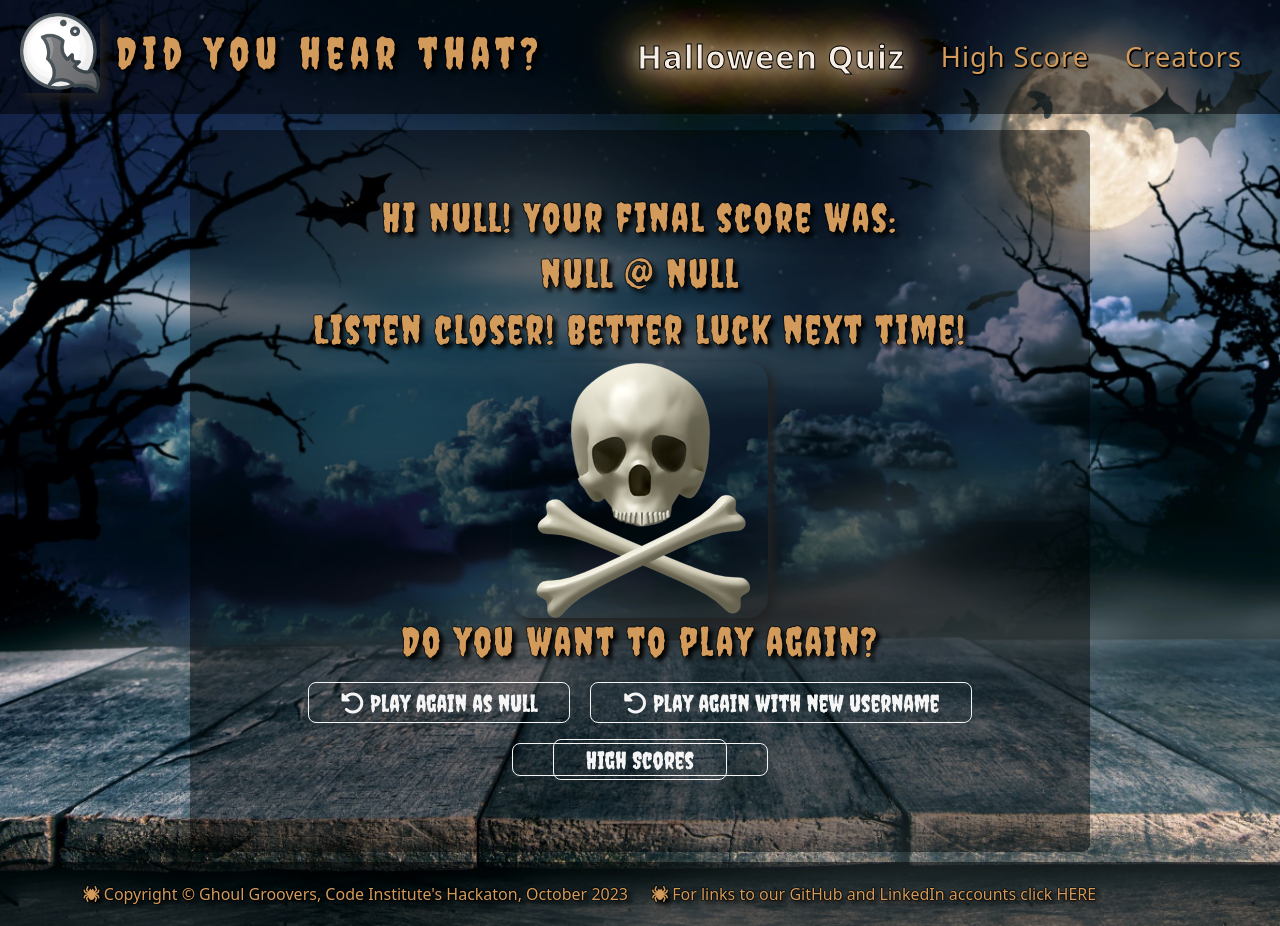
Repository: KTC96/Didyouhearthat
Page: end_game.html
These files come from the project's save history. The page is drawn as it stood at one moment and after the next save; the edit follows.
The browser window is 1280 px wide. The pictures show the whole page.
Some web libraries are served in a nearby version.

Above is the page before, as saved 2023-10-23 12:06:09.
Console error: TypeError: Cannot read properties of null (reading 'addEventListener')

### end_game.html
<!DOCTYPE html>
<html lang="en">
<head>
    <meta charset="UTF-8">
    <meta http-equiv="X-UA-Compatible" content="IE=edge">
    <meta name="viewport" content="width=device-width, initial-scale=1.0">
    <meta name="description" content="A quiz app involving scary halloween sounds">
    <meta name="keywords" content="quiz, test, halloween, sounds, scary, interactive">
    <!-- css stylesheet-->
    <link rel="stylesheet" href="assets/css/style.css">
    <!-- fontawesome -->
    <script src="https://kit.fontawesome.com/64b9a22ea9.js" crossorigin="anonymous"></script>
    <!-- Google fonts -->
    <link rel="preconnect" href="https://fonts.googleapis.com">
        <link rel="preconnect" href="https://fonts.gstatic.com" crossorigin>
        <link href="https://fonts.googleapis.com/css2?family=Creepster&family=Crimson+Text:ital,wght@0,400;0,600;0,700;1,400;1,600;1,700&display=swap" rel="stylesheet">
    <!-- Bootstrap CSS CDN-->
    <link href="https://cdn.jsdelivr.net/npm/bootstrap@5.3.2/dist/css/bootstrap.min.css" rel="stylesheet"
        integrity="sha384-T3c6CoIi6uLrA9TneNEoa7RxnatzjcDSCmG1MXxSR1GAsXEV/Dwwykc2MPK8M2HN" crossorigin="anonymous">
    <link rel="shortcut icon" type="image/x-icon" href="assets/images/holyday-halloween-bat-night-spooky-moon_108300.png">
    <title>Did you hear that? Halloween Sounds Quiz</title>
    <!-- <script src="haunt_your_website/ghost.js"></script> -->
</head>
<body>
    <!-- <body onload="ghost_init(false);"> -->

    <header>
        <nav class="navbar navbar-expand-lg navbar-dark">
                <a class="navbar-brand" href="index.html" aria-label="Home Page">
                    <h1 class="logo"><img src="assets/images/holyday-halloween-bat-night-spooky-moon_108300.png" alt="logo"> Did you hear that?</h1>
                </a>

                <button class="navbar-toggler" type="button" data-bs-toggle="collapse" data-bs-target="#navbarTogglerDemo02" aria-controls="navbarTogglerDemo02" aria-expanded="false" aria-label="Toggle navigation">
                <span class="navbar-toggler-icon"></span>
                </button>

                <div class="collapse navbar-collapse" id="navbarTogglerDemo02">
                    <ul class="navbar-nav" id="menu">
                        <li class="navbar-item">
                            <a class="nav-link active" aria-current="page" aria-label="Halloween Quiz (home page)" href="index.html">Halloween Quiz</a>
                        </li>
                        <li class="navbar-item">
                            <a class="nav-link" href="highscore.html" aria-label="High Score (opens a new page)">High Score</a>
                        </li>
                        <li class="navbar-item">
                            <a class="nav-link" href="creators.html" aria-label="Creators (opens a new page)">Creators</a>
                        </li>
                    </ul>
                </div>
        </nav>
    </header>

    <main>
    <!-- <section> displaying the final score, an message, an image and two button to start the game over -->
    <section class="opaque">
        <div class="final-score-area">
            <h3><span id="final-score-user">0</span></h3>
            <h3><span id="final-score">0</span></h3>
            <h3 id="final-message">0</h3>
            <img src="assets/images/skull_and_bones_halloween_23219.png" alt="Ghosts">
        </div>

        <h3 class="play-again">Do you want to play again?</h3>
        <a href="index.html" id="play-again-same-user" class="btn_spook" >0</a>
        <button type="submit" id="play-again-btn" class="btn_spook"><i class="fa-solid fa-rotate-left"></i> Play again with new username</button>
        <a href="highscore.html" class="btn_spook"><button class="btn_spook">High Scores</button></a>
    </section>
    </main>

<!-- Footer -->
<footer class="container-fluid">
    <div class="row">
        <div class="col-12 col-md-6 text-center text-md-end">
            <i class="fa-solid fa-spider"></i> Copyright © Ghoul Groovers, Code Institute's Hackaton, October 2023</a>
        </div>
        <div class="col-12 col-md-6 text-center text-md-start">
            <i class="fa-solid fa-spider"></i> For links to our GitHub and LinkedIn accounts click <a href="creators.html" class="int-link" aria-label="It opens Creators page">HERE</a>
        </div>
    </div>
</footer>

    <script src="./assets/js/questions.js"></script>
    <script src="./assets/js/script.js"></script>
    <script src="./assets/js/end.js"></script>

    <noscript>Sorry your browser does not support JavaScript!</noscript>
    <!-- Bootstrap JS CDN -->
    <script src="https://cdn.jsdelivr.net/npm/bootstrap@5.3.2/dist/js/bootstrap.bundle.min.js"
    integrity="sha384-C6RzsynM9kWDrMNeT87bh95OGNyZPhcTNXj1NW7RuBCsyN/o0jlpcV8Qyq46cDfL"
    crossorigin="anonymous"></script>

</body>

</html>

### assets/css/style.css
/* reset default settings */

* {
    margin: 0;
    padding: 0;
    border: 0;
}

body {
    margin: 0;
    min-height: 100vh;
    background-image: url(../images/Shutterstock_halloween.webp);
    background-size: cover;
    background-position: top;
    background-repeat: no-repeat;
    background-color: #000000;
    color: white;
    font-family: 'Crimson Text', serif;
    font-weight: 400;
    display: flex;
    flex-direction: column;
}

main {
    flex: 1 0 auto;
    display: flex;
    align-items: center;
    justify-content: center;
}

header {
    background-color: #00000080;
}

/* Logo */

.logo {
    margin-left: 20px;
    color: #d39b5b;
    font-family: 'Creepster', sans-serif;
    text-shadow: #000 4px 4px 4px, #000 0px 0px 1px, #000 0px 0px 1px, #000 0px 0px 1px, #000 0px 0px 1px, #000 0px 0px 1px, #000 0px 0px 1px;
    -webkit-font-smoothing: antialiased;
    letter-spacing: 6px;
    font-weight: 500;
    font-size: 220%;
}

.logo img {
    height: 80px;
    border-radius: 0;
}

/* Navbar */

#menu {
    line-height: 90%;
}

#menu ul {
    list-style-type: none;
    color: #d39b5b;
}

#menu li {
    padding: 0 15px;
    font-size: 200%;
    font-weight: 400;
    letter-spacing: 2px;
}

#menu a {
    text-decoration: none;
    color: #d39b5b;
    text-shadow: #000 1px 1px 1px, #000 1px 1px 1px, #000 1px 1px 1px, #000 1px 1px 1px, #000 1px 1px 1px, #000 1px 1px 1px, #000 1px 1px 1px;
    -webkit-font-smoothing: antialiased;
}

#menu li:hover {
    font-size: 110%;
    font-weight: 700;
}

/* Code for neon text taken from css-tricks.com and edited slightly to fit the project's needs */
#menu .active {
    font-size: 120%;
    font-weight: 700;
    color: #f8eee4;
    -webkit-text-stroke-width: 1px;
    -webkit-text-stroke-color: black;
    text-shadow:
        0 0 20px #f2e2d0,
        0 0 40px #d39b5b,
        0 0 50px #d39b5b,
        0 0 60px #d39b5b,
        0 0 70px #d39b5b,
        0 0 80px #d39b5b;
}

.navbar-collapse {
    display: flex;
    flex-direction: row-reverse;
    margin-right: 20px;
    text-align: right;
}

.navbar-toggler {
    margin: 5px;
}

.video {
    position: fixed;
    top: 0;
    left: 0;
    width: 100%;
    height: 100%;
    object-fit: contain;
    z-index: 9999;
    background-color: rgba(0, 0, 0, 1);
    display: none;

}

.video.playing {
    display: block;

}

/* Styling of the central container for game content */

.opaque {
    margin: 1rem auto;
    background-color: #00000070;
    color: #aab4bd;
    text-shadow: #000 4px 4px 4px, #000 0px 0px 1px, #000 0px 0px 1px, #000 0px 0px 1px, #000 0px 0px 1px, #000 0px 0px 1px, #000 0px 0px 1px;
    -webkit-font-smoothing: antialiased;
    margin-bottom: 10px;
    padding: 4rem;
    border-radius: 0.5rem;
    text-align: center;
    align-items: center;
    width: 900px;
}

.opaque h2 {
    font-family: 'Creepster', Sans-serif;
    letter-spacing: 2px;
    font-size: 340%;
}

.opaque h3, h1 {
    font-family: 'Creepster', Sans-serif;
    letter-spacing: 2px;
    color: #d39b5b;
    font-size: 250%;
}

/* Styling the username and rules area */

#username-area input {
    padding: 0.2rem;
    margin: 0.3rem;
    background-color: whitesmoke;
    border: 1px solid black;
    border-radius: 0.5rem;
    font-size: 1.2rem;
}

#username-area label {
    color: whitesmoke;
    text-shadow: #000 4px 4px 4px, #000 0px 0px 1px, #000 0px 0px 1px, #000 0px 0px 1px, #000 0px 0px 1px, #000 0px 0px 1px, #000 0px 0px 1px;
    -webkit-font-smoothing: antialiased;
    margin: 0.3rem;
    font-size: 1.6rem;
}

#usernameError {
    display: none;
    padding: 0.3rem;
    font-size: 1.2rem;
    font-weight: 400;
    color: rgb(246, 0, 0);
}

#usernameError.visible {
    display: block;
}

#instructions {
    font-size: 1.rem;
    font-weight: 500;
    list-style-type: disc;
    text-align: left;
    padding-left: 2rem;
    text-shadow: #000 4px 4px 4px, #000 0px 0px 1px, #000 0px 0px 1px, #000 0px 0px 1px, #000 0px 0px 1px, #000 0px 0px 1px, #000 0px 0px 1px;
    -webkit-font-smoothing: antialiased;
}

#instructions li {
    font-size: 130%;
    list-style: none;
}

/* Styling for the game level choice area */

audio {
    margin: 10px 0;
}

audio::-webkit-media-controls-panel {
    background-color: #809aac;
}

#levelchoice-area li:hover {
    font-size: 110%;
    font-weight: 700;
    color: #f8eee4;
    -webkit-text-stroke-width: 1px;
    -webkit-text-stroke-color: black;
    text-shadow:
        0 0 20px #f2e2d0,
        0 0 40px #d39b5b,
        0 0 50px #d39b5b,
        0 0 60px #d39b5b,
        0 0 70px #d39b5b,
        0 0 80px #d39b5b;
    cursor: pointer;
}

#quiz-area li:hover {
    font-size: 110%;
    font-weight: 700;
    color: #f8eee4;
    -webkit-text-stroke-width: 1px;
    -webkit-text-stroke-color: black;
    text-shadow:
        0 0 20px #f2e2d0,
        0 0 40px #d39b5b,
        0 0 50px #d39b5b,
        0 0 60px #d39b5b,
        0 0 70px #d39b5b,
        0 0 80px #d39b5b;
    cursor: pointer;
}

#question-levels {
    margin-top: 30px;
    align-items: center;
}

#levelchoice-area {
    font-size: 1.2rem;
    display: none;
}

#levelchoice-area li {
    padding: 0.5rem;
    margin: 0.3rem;
    text-align: center;
    background-color: black;
    border: 1px solid black;
    border-radius: 0.5rem;
}

/* Styling for central quiz area */

#game-area {
    display: none;
}

#quiz-area {
    font-size: 1.2rem;
}

ul {
    list-style-type: none;
    padding: 0;
}

#quiz-area li {
    padding: 0.5rem;
    margin: 0.3rem;
    text-align: center;
    background-color: black;
    border: 1px solid black;
    border-radius: 0.5rem;
}

#question-counter {
    padding: 0.5rem;
    font-size: 1.3rem;
    font-weight: 500;
}

#score-area {
    padding: 0.5rem;
    font-size: 1.6rem;
    font-weight: 700;
}

.correct {
    color: rgb(7, 136, 7);
}

.wrong {
    color: rgb(246, 0, 0);
}

#correct-counter {
    margin-right: 2rem;
    margin-left: 2rem;
}

#wrong-counter {
    margin-left: 2rem;
}

/* Styling of the Creators page */

.social_list {
    display: flex;
    justify-content: center;
    align-items: center;
}

.social_list ul {
    margin-bottom: 10px;
}

.social_list li {
    font-size: 120%;
    line-height: 180%;
}

.social_list a {
    padding: 5px;
    color: #557596;
}

.social_list a:hover {
    color: #87a0ba;
}

.creators {
    display: flex;
    flex-direction: column;
}

.intro {
    margin: 1rem;
    background-color: #00000095;
    color: #ffffff;
    text-shadow: #000 4px 4px 4px, #000 0px 0px 1px, #000 0px 0px 1px, #000 0px 0px 1px, #000 0px 0px 1px, #000 0px 0px 1px, #000 0px 0px 1px;
    -webkit-font-smoothing: antialiased;
    padding: 1rem 5rem;
    border-radius: 0.5rem;
    text-align: center;
    width: 1100px;
}

.intro h2 {
    color: #d39b5b;
    font-family: 'Creepster', sans-serif;
    font-size: 200%;
    letter-spacing: 4px;
}

.intro h3 {
    font-size: 120%;
    line-height: 150%;
    font-weight: 400;
    margin-bottom: 20px;
}

.intro hr {
    border-top: 2px solid white;
}


/* Styling of the final end of game page */
.btn_spook {
    padding: 0.1rem 2rem;
    margin: 0.5rem;
    text-align: center;
    background-color: transparent;
    border: 1px solid whitesmoke;
    border-radius: 0.5rem;
    text-decoration: none;
    font-size: 1.5rem;
    font-family: 'Creepster', sans-serif;
    color: whitesmoke;
}

.btn_spook:hover {
    color: #a8a8a8;
    border: 1px solid #a8a8a8;
}

img {
    border-radius: 20px;
    box-shadow: 5px 5px 10px #222222;
    max-width: 350px;
}

#play-again-same-user {
    padding: 0.35rem 2rem;
    margin: 0.5rem;
    text-align: center;
    text-shadow: none;
    background-color: transparent;
    border: 1px solid whitesmoke;
    border-radius: 0.5rem;
    text-decoration: none;
    font-size: 1.5rem;
    font-family: 'Creepster', sans-serif;
    color: whitesmoke;
}

#play-again-same-user:hover {
    color: #a8a8a8;
    border: 1px solid #a8a8a8;
}

.btn_spook>a {
    text-decoration: none;
    color: whitesmoke;
}

/*Styling for highscores page */

.high-scores-label {
    margin-bottom: 1rem;
}

#high-scores-list {
    list-style-type: none;
}

#high-scores-list li {
    padding: 0.5rem;
    margin: 0.5rem;
    text-align: center;
    background-color: black;
    border-radius: 0.5rem;
    font-size:200%;
    font-weight: 700;
    color: #f8eee4;
    -webkit-text-stroke-width: 1px;
    -webkit-text-stroke-color: black;
    text-shadow:
        0 0 20px #d39b5b,
        0 0 30px #d39b5b,
        0 0 40px #d39b5b,
        0 0 50px #d39b5b;
}

/* Styling of the footer */
footer {
    padding: 20px;
    width: 100%;
    background-color: #00000080;
    font-size: 130%;
    color: #d39b5b;
    text-shadow: #000 4px 4px 4px, #000 0px 0px 1px, #000 0px 0px 1px, #000 0px 0px 1px, #000 0px 0px 1px, #000 0px 0px 1px, #000 0px 0px 1px;
    -webkit-font-smoothing: antialiased;
}

.int-link {
    text-decoration: none;
    color: inherit;
}

.int-link:hover {
    color: #ffffff;
}



/* Setting responsiveness of game at different screen width */

@media screen and (min-width: 1200px) and (max-width: 1400px) {

    #menu li {
        padding: 0 10px;
        font-size: 170%;
        font-weight: 400;
        letter-spacing: 1px;
    }

    footer {
        font-size: 100%;
    }
}

@media screen and (min-width: 769px) and (max-width: 1200px) {

    .logo {
        margin-left: 10px;
        letter-spacing: 1px;
        font-size: 160%;
    }

    #menu li {
        padding: 0 5px;
        letter-spacing: 0px;
        font-size: 130%;
    }

    .opaque {
        padding: 2rem;
        width: 700px;
    }

    .opaque h2 {
        letter-spacing: 2px;
        font-size: 320%;
    }

    .opaque h3 {
        letter-spacing: 2px;
        font-size: 230%;
    }

    #username-area label {
        font-size: 1.4rem;
    }

    #instructions li {
        font-size: 120%;
    }

    .intro {
        margin: 1rem;
        padding: 1rem 3rem;
        width: 90%;
    }

    footer {
        font-size: 110%;
    }

}

@media screen and (min-width: 450px) and (max-width: 768px) {

    .logo {
        margin-left: 20px;
        letter-spacing: 1px;
        font-size: 170%;
    }

    .logo img {
        height: 50px;
        width: 50px;
    }

    .navbar-toggler {
        padding: 0 20px;
    }

    #menu li {
        padding: 0 15px;
        font-size: 140%;
        display: block;
        text-align: right;
    }

    .navbar-collapse {
        margin-right: 10px;
    }

    .opaque {
        padding: 1rem;
        width: 90%;
    }

    .opaque h2 {
        font-size: 300%;
    }

    .opaque h3 {
        letter-spacing: 2px;
        font-size: 220%;
    }

    #username-area label {
        font-size: 1.4rem;
    }

    #instructions li {
        font-size: 110%;
    }

    .intro {
        margin: 1rem;
        padding: 1rem 2rem;
        width: 90%;
    }

    .intro h2 {
        font-size: 160%;
        letter-spacing: 2px;
    }

    .intro h3 {
        font-size: 110%;
        line-height: 140%;
        margin-bottom: 10px;
    }

    footer {
        font-size: 110%;
    }
}

@media screen and (min-width: 346px) and (max-width: 450px) {

    .logo {
        margin-left: 10px;
        letter-spacing: 1px;
        font-size: 125%;
    }

    .logo img {
        height: 35px;
        width: 35px;
    }

    .navbar-toggler {
        padding: 0 20px;
    }

    #menu li {
        padding: 0 15px;
        font-size: 120%;
        display: block;
        text-align: right;
    }

    .navbar-collapse {
        margin-right: 10px;
    }


    .opaque {
        padding: 0.8rem;
        width: 90%;
    }

    .opaque h2 {
        font-size: 210%;
    }

    .opaque h3 {
        letter-spacing: 1px;
        font-size: 180%;
    }

    #username-area label {
        font-size: 1.4rem;
    }

    #instructions li {
        font-size: 110%;
    }

    #username-area input {
        width: 80%;
    }

    img {
        width: 80%;
    }

    .intro {
        margin: 1rem;
        padding: 1rem;
        width: 90%;
    }

    .intro h2 {
        font-size: 150%;
        letter-spacing: 2px;
    }

    .intro h3 {
        font-size: 110%;
        line-height: 140%;
        margin-bottom: 10px;
    }

    .social_list li {
        font-size: 110%;
        line-height: 180%;
    }

    footer {
        font-size: 100%;
    }
}

@media screen and (max-width: 345px) {

    .logo {
        letter-spacing: 1px;
        font-size: 120%;
    }

    .logo img {
        display: none;
    }

    #menu li {
        padding: 0 15px;
        font-size: 100%;
    }

    .opaque {
        padding: 0.8rem;
        width: 90%;
    }

    .opaque h2 {
        font-size: 210%;
    }

    .opaque h3 {
        letter-spacing: 1px;
        font-size: 180%;
    }

    #username-area label {
        font-size: 1.4rem;
    }

    #instructions li {
        font-size: 110%;
    }

    .intro {
        margin: 1rem;
        padding: 1rem;
        width: 90%;
    }

    .intro h2 {
        font-size: 150%;
        letter-spacing: 2px;
    }

    .intro h3 {
        font-size: 110%;
        line-height: 140%;
        margin-bottom: 10px;
    }

    footer {
        font-size: 100%;
    }
}

### assets/js/end.js
// import { pauseTheme, playTheme } from "./script";
// Variables stored in local Storage are retrieved
// Elements are assigned variables so they can be filled with text content.
playTheme();
let finalScore = document.getElementById("final-score");
let finalScoreUser = document.getElementById("final-score-user");
let mostRecentScore = localStorage.getItem("mostRecentScore");
let userLevel = localStorage.getItem("userLevel");
let user = window.localStorage.getItem("username");

// Set personalized content of text fields on final page
finalScoreUser.innerText = `Hi ${user}! Your final score was:`;
finalScore.innerText = `${mostRecentScore} @ ${userLevel}`;

// If statement designed to display a custom message depending on the users score
if (mostRecentScore < 4) {
  document.getElementById("final-message").innerText =
    "Listen closer! Better luck next time!";
} else if (mostRecentScore <= 8) {
  document.getElementById("final-message").innerText =
    "Not bad! Give it another whirl!";
} else {
  document.getElementById("final-message").innerText =
    "Well you are a real Sound Ninja, aren't you?";
}

const playAgainSameUser = document.getElementById("play-again-same-user");
playAgainSameUser.innerHTML = `<i class="fa-solid fa-rotate-left"></i> Play again as ${user}`;

const playagain = document.getElementById("play-again-btn");
playagain.addEventListener("click", returntostart);

/**
 * This function allows a user to clear the username stored and start the game over
 * with a new username.
 * @param {event} e - event of a click
 */
function returntostart(e) {
  e.preventDefault();
  localStorage.removeItem("username");
  localStorage.removeItem("userLevel");
  localStorage.removeItem("mostRecentScore");
  load(startOver);
}

function displayscore(e) {
  e.preventDefault();
  load(highscore);
}

//function highscore() {
// window.location.assign("highscore.html");
//}

/**
 * This function delays the loading of myURL
 * @param {string} myURL - URL is loaded with time delay
 */
function load(myURL) {
  setTimeout(myURL, 0);
}

/**
 * This function loads the last page when the game is over
 */
function startOver() {
  window.location.assign("index.html");
}

function playTheme() {
  var soundFile = "./assets/audio/halloween-theme.mp3";
  audio = new Audio(soundFile);
  audio.play();
}

function pauseTheme() {
  if (audio) {
    audio.pause();
  }
}

Loaded but not shown: assets/js/script.js (272 lines, source omitted); assets/js/questions.js (106 lines, source omitted)

After the next save:
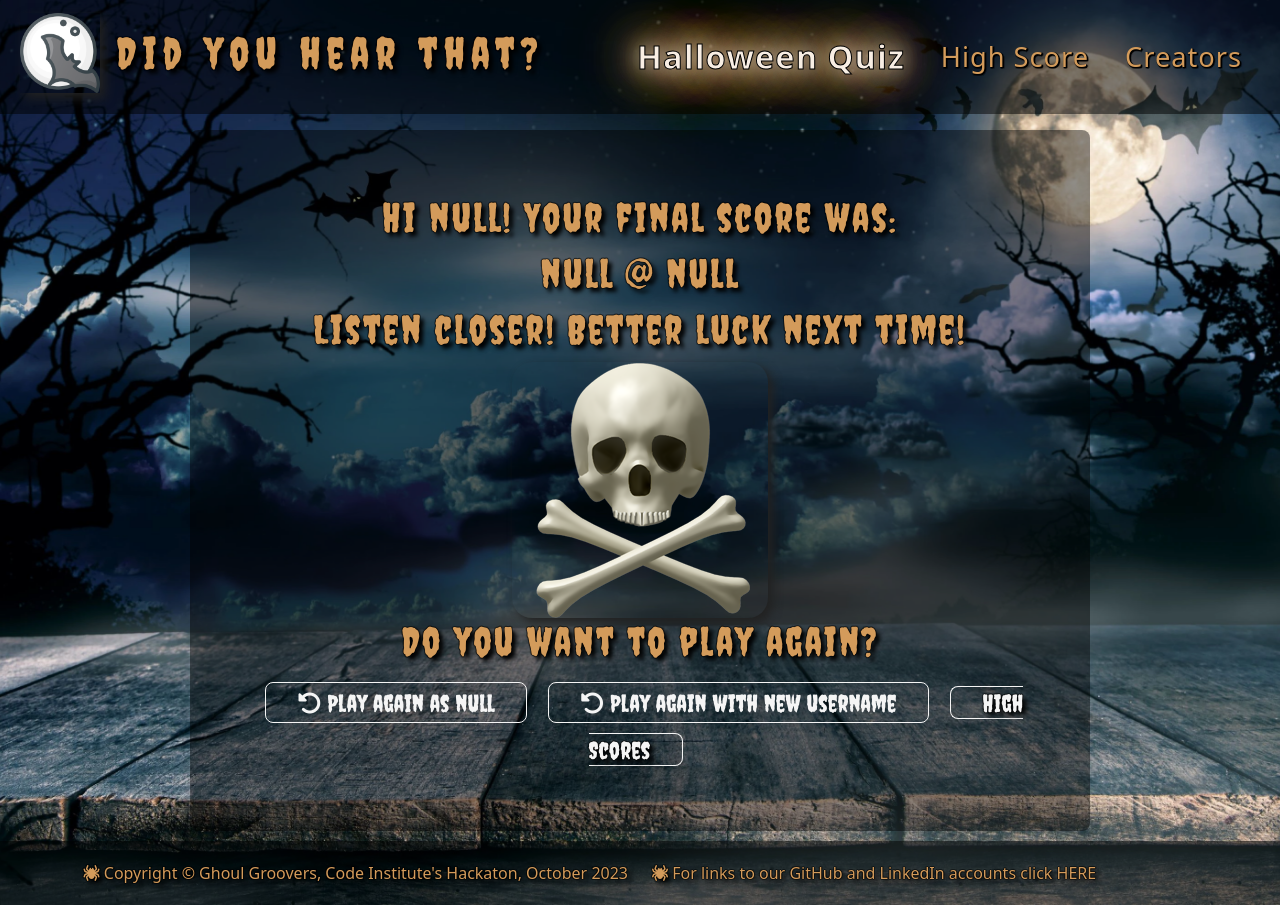
Saved 12 s later.
--- a/end_game.html
+++ b/end_game.html
@@ -63,7 +63,7 @@
         <h3 class="play-again">Do you want to play again?</h3>
         <a href="index.html" id="play-again-same-user" class="btn_spook" >0</a>
         <button type="submit" id="play-again-btn" class="btn_spook"><i class="fa-solid fa-rotate-left"></i> Play again with new username</button>
-        <a href="highscore.html" class="btn_spook"><button class="btn_spook">High Scores</button></a>
+        <a href="highscore.html" class="btn_spook">High Scores</button></a>
     </section>
     </main>
 
